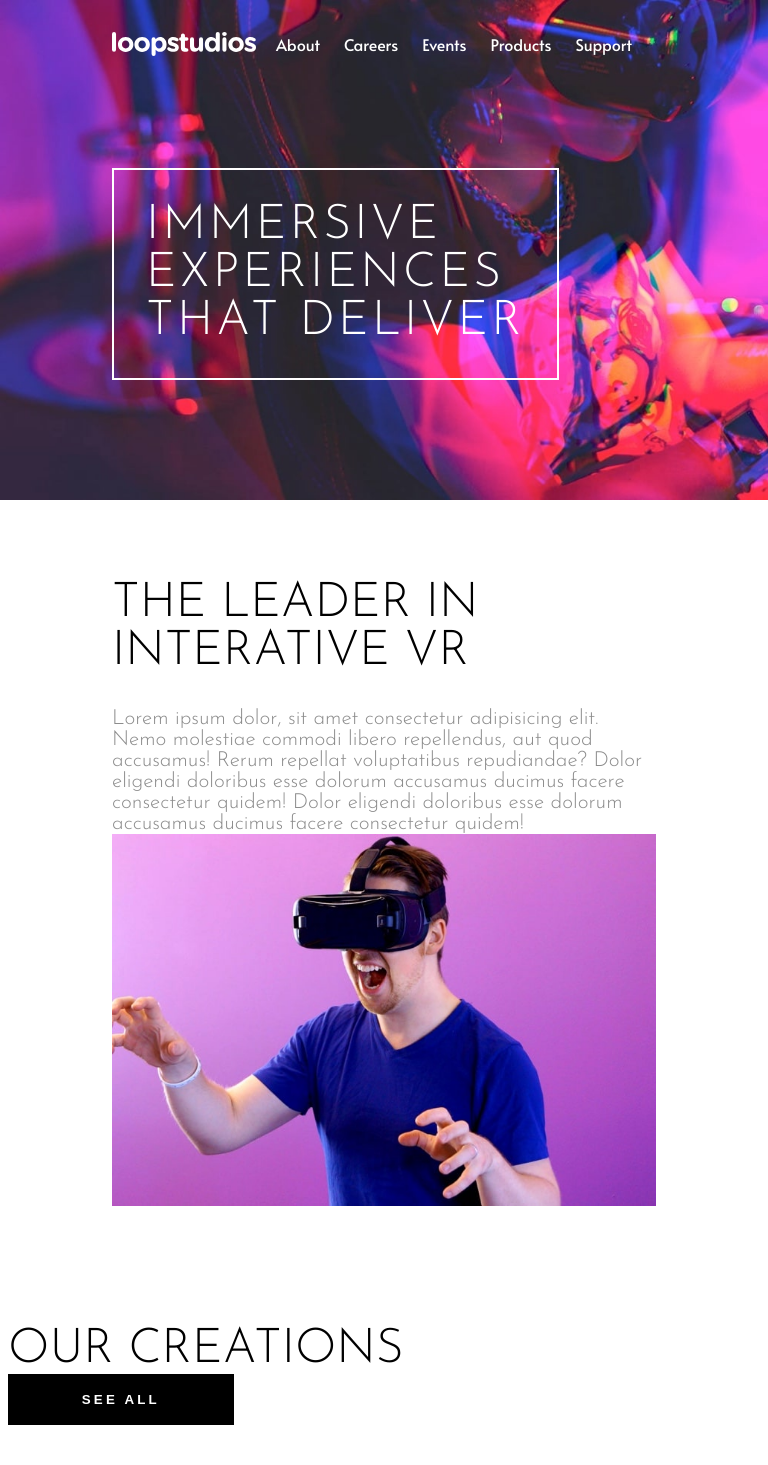
Repository: gligor99/loopstudios-fm
Page: /
The author's editor kept a copy of each file at every save. The page is drawn from the files as they stood at one save, then again after a run of saves.
The browser window is 768 px wide. The pictures show the part of the page from y = 0 to 1465 px (the page is 6228 px tall before and 6260 px after).
Pictures or frames that could not be fetched are drawn as grey boxes. Backgrounds fixed to the window are drawn as part of the page. The project was rebuilt for these pictures with package versions that can differ from the ones it lists, and the page was loaded fresh each time.

Above is the page before, as saved 2021-11-28 22:19:38.

After the next 2 saves:
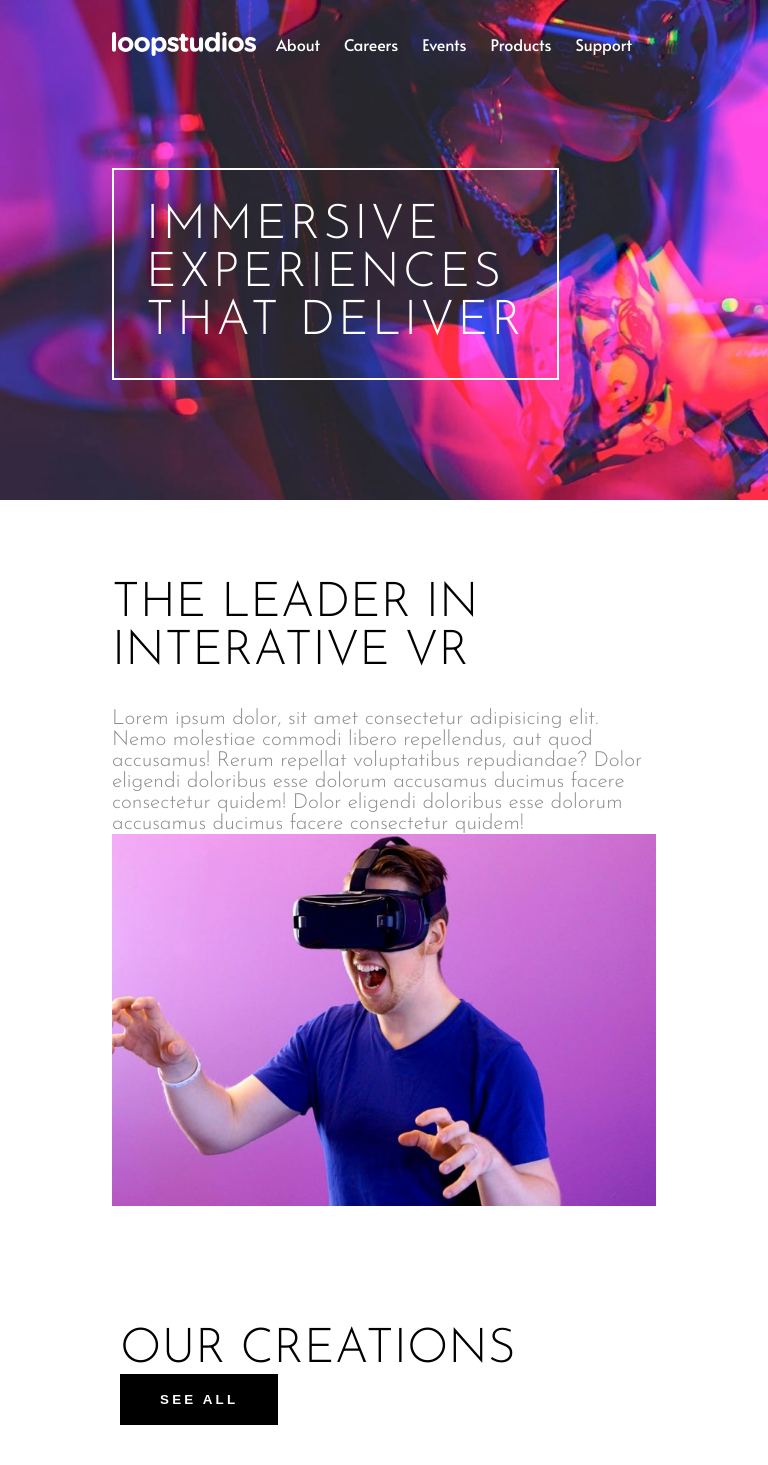
The 2 saves are shown as one change because they came seconds apart.
The last was saved 12 s later.
--- a/src/components/Creations/creations.css
+++ b/src/components/Creations/creations.css
@@ -44,7 +44,7 @@
   .creation-header{
     flex-direction: column;
     justify-content: center;
-    padding: 0.5rem;
+    margin: 0.5rem;
   }
   .creation-btn {
     padding: 1rem;
